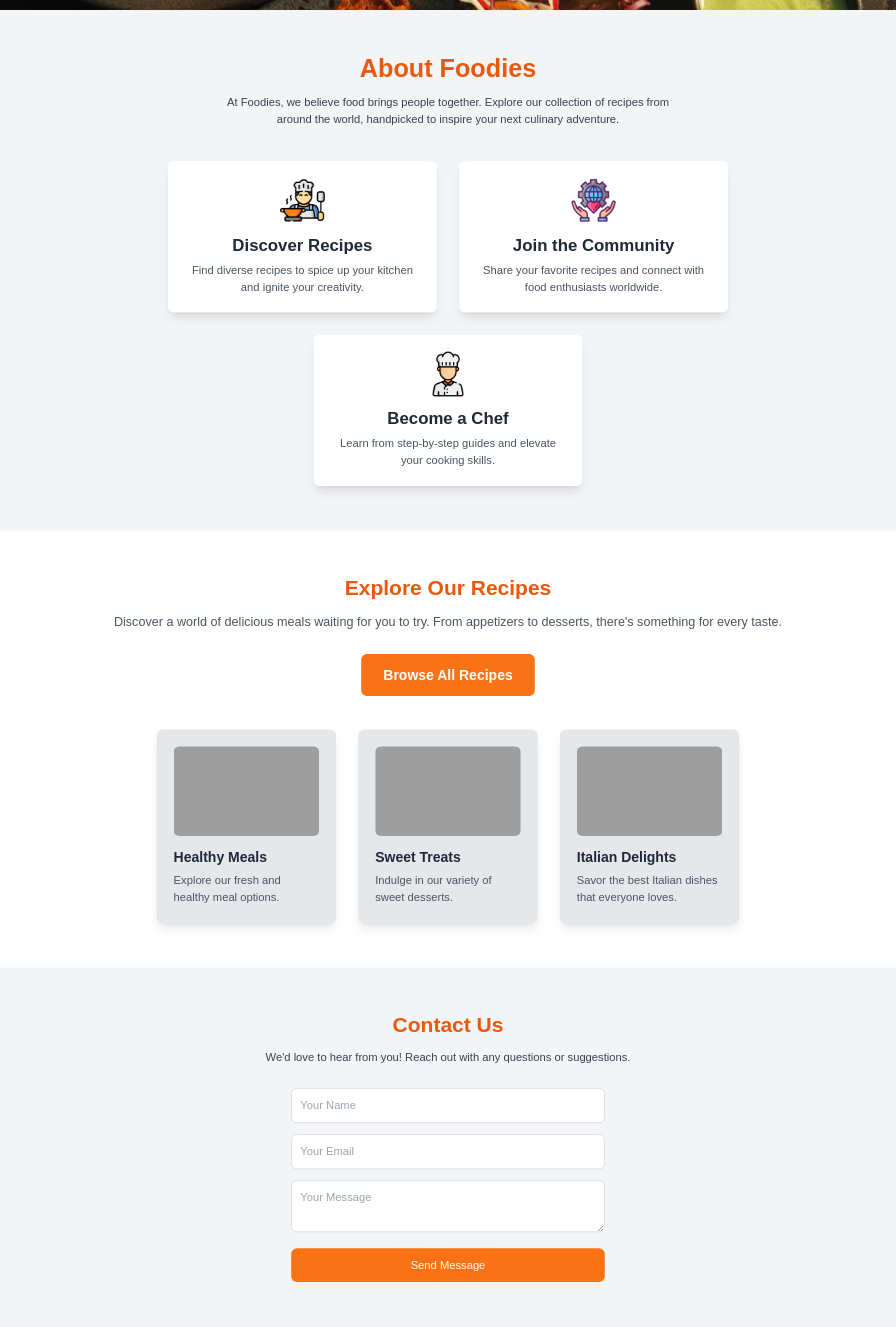
Repository: Ademaulana100499/foodies
Page: /Main
An editor plug-in stored every save of this project. The page is shown before and after the next save, followed by the edit.
The browser window is 1280 px wide. The pictures show the part of the page from y = 705 to 2625 px (the page is 2601 px tall before and 2625 px after), at 70% of full size.
Pictures or frames that could not be fetched are drawn as grey boxes. The project was rebuilt for these pictures with package versions that can differ from the ones it lists, and the page was loaded fresh each time. The framework's server and built-in components were replaced by stand-ins that run in the browser. Also part of the build but not shown: next.config.ts.

Above is the page before, as saved 2025-01-10 11:30:56.

After the next save:
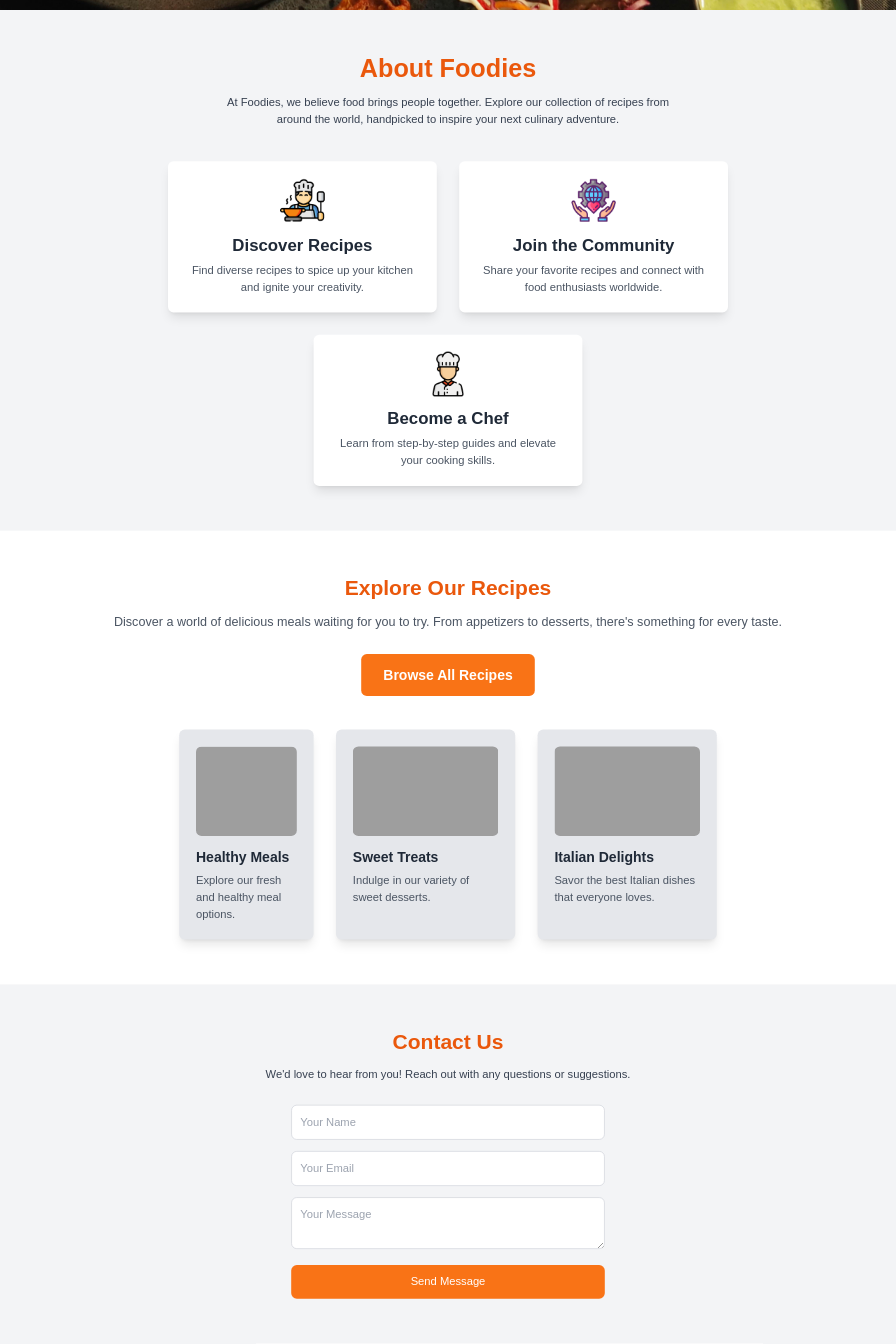
Saved 2 min 7 s later.
--- a/src/pages/Main/index.tsx
+++ b/src/pages/Main/index.tsx
@@ -1,7 +1,6 @@
 import React from "react";
 import Link from "next/link";
-import Navbar from "@/components/Navbar";
-import Footer from "@/components/Footer";
+
 const MainPage = () => {
   return (
     <div>
@@ -96,7 +95,7 @@ const MainPage = () => {
           </Link>
         </div>
         <div className="mt-12 flex flex-wrap justify-center gap-8">
-          <div className="bg-gray-200 p-6 rounded-lg shadow-lg w-48 sm:w-64">
+          <div className="bg-gray-200 p-6 rounded-lg shadow-lg w-48 ">
             <img
               src="https://nutritionrefined.com/wp-content/uploads/2023/08/homemade-garden-salad-featured.jpg"
               alt="Salad"
